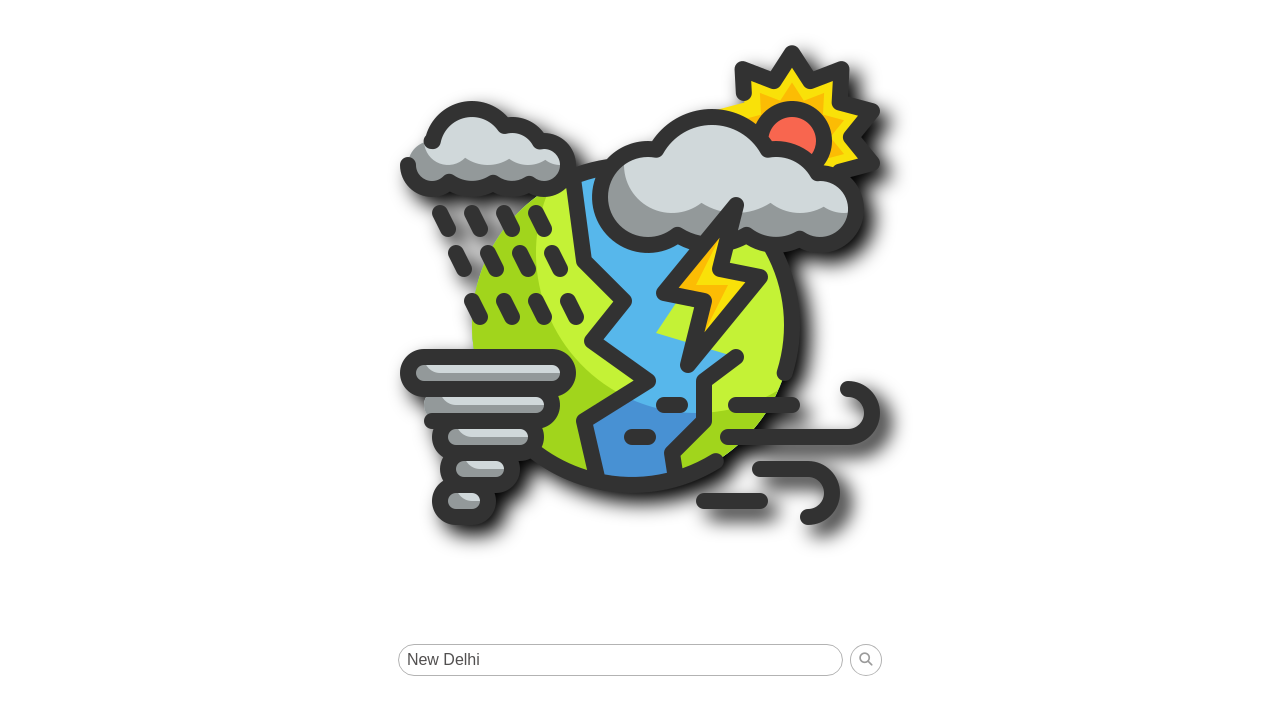
Repository: yashgajananshete/Weather-APP
Page: WeatherApp/build/classes/MyPackage/webapp/index.html
An editor plug-in stored every save of this project. The page is shown before and after the next save, followed by the edit.
The browser window is 1280 px wide. The pictures show the whole page.

Above is the page before, as saved 2023-12-27 09:05:47.

After the next save:
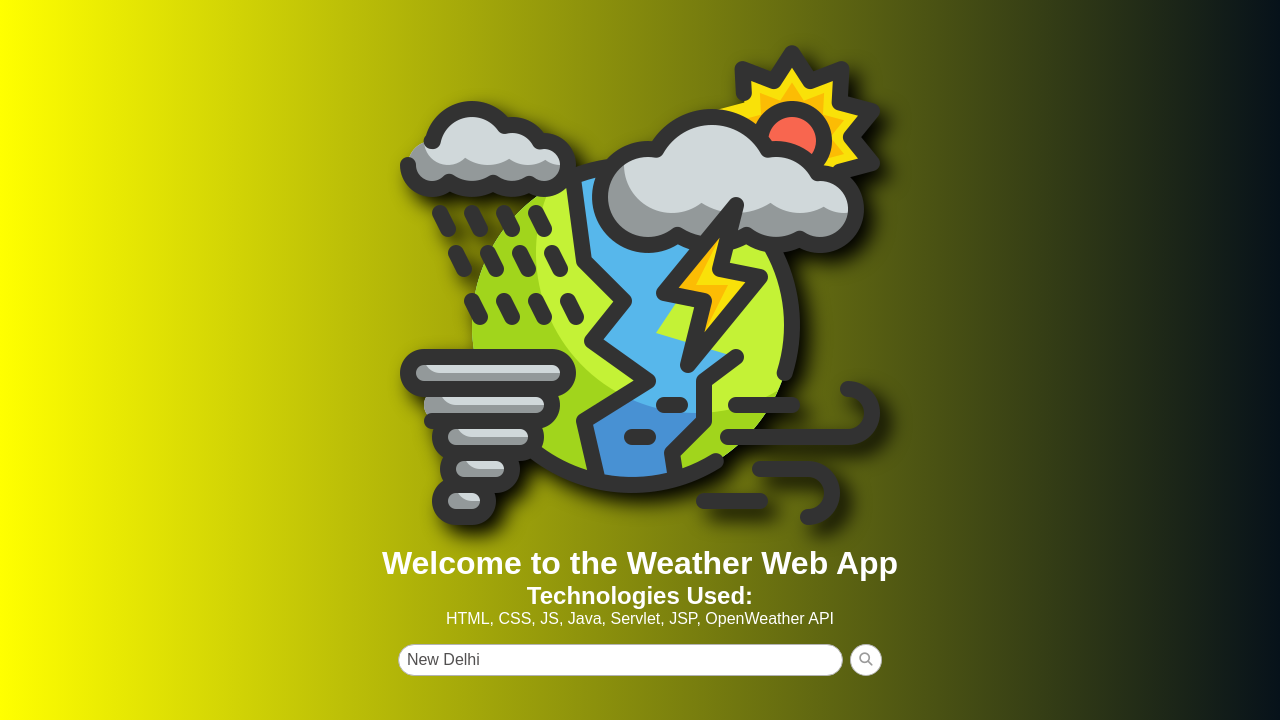
Saved 7 min 34 s later.
--- a/WeatherApp/build/classes/MyPackage/webapp/style.css
+++ b/WeatherApp/build/classes/MyPackage/webapp/style.css
@@ -12,7 +12,7 @@ body {
   height: 100vh;
   align-items: center;
   justify-content: center;
-  background: linear-gradient(to right,  rgb(255, 255, 128), 255, 0),#07121a);
+  background: linear-gradient(to right,  rgb(255, 255, 0),#07121a);
 }
 
 .mainContainer {
